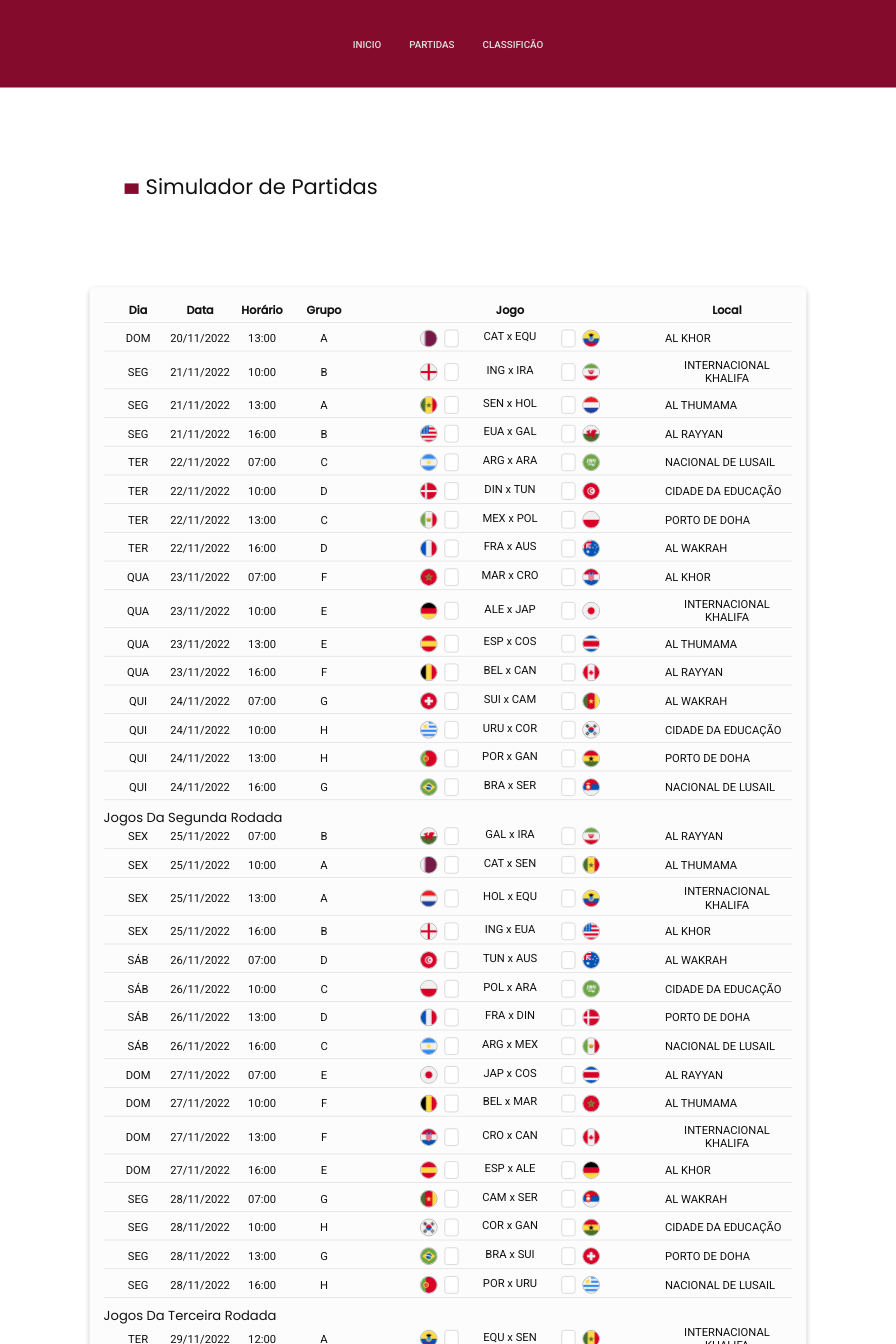
Repository: mayconndouglass/cup-simulator
Page: index.html
The author's editor kept a copy of each file at every save. The page is drawn from the files as they stood at one save, then again after the next save.
The browser window is 1280 px wide. The pictures show the part of the page from y = 0 to 1920 px (the page is 3054 px tall before and 3103 px after), at 70% of full size.

Above is the page before, as saved 2023-01-10 09:46:49.

After the next save:
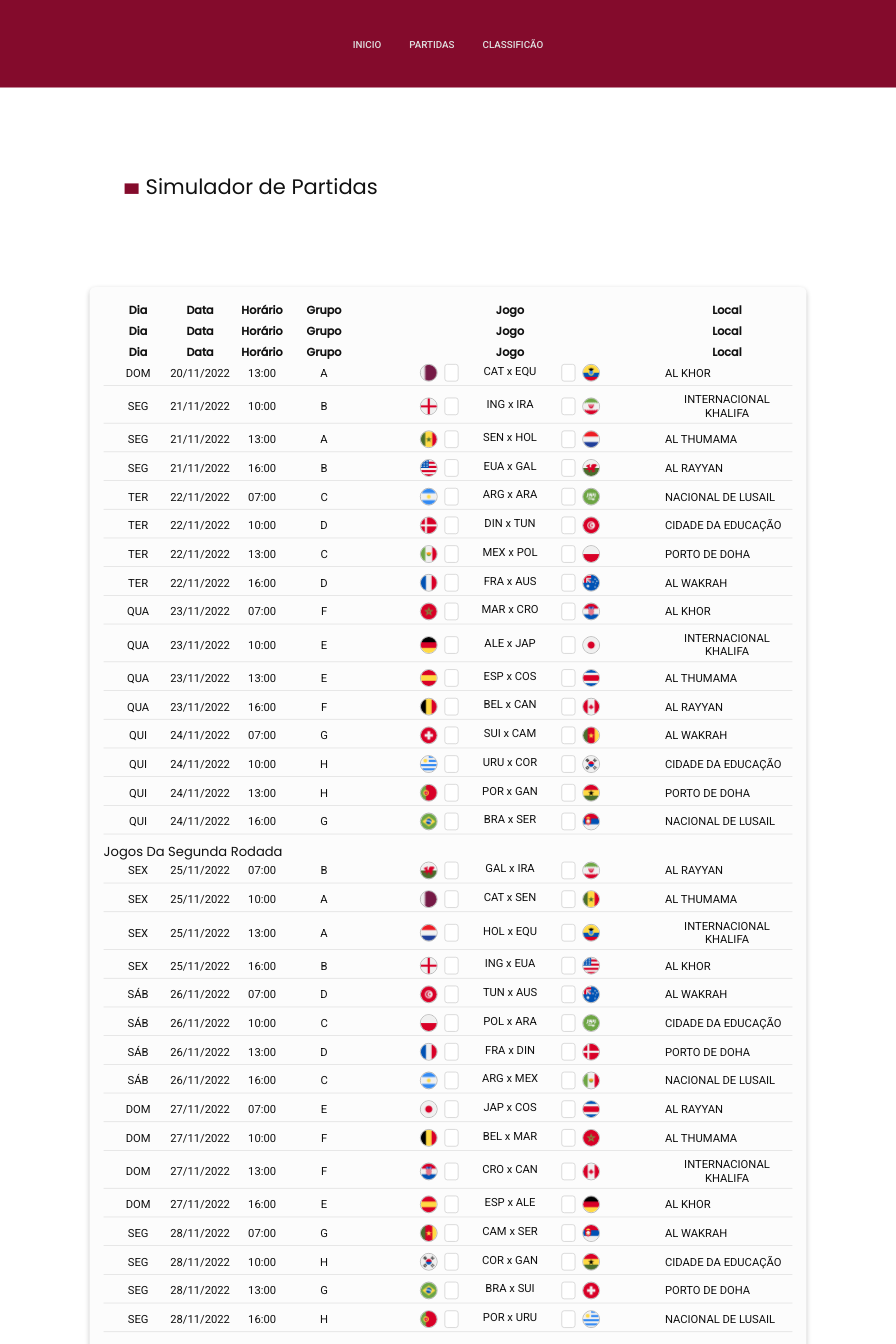
Saved 2 min 59 s later.
--- a/index.html
+++ b/index.html
@@ -27,19 +27,54 @@
       <h1>Simulador de Partidas</h1>
     </section>
     <section class="table-games">
-      <div class="game title">
-        <span>Dia</span>
-        <span>Data</span>
-        <span>Horário</span>
-        <span>Grupo</span>
-        <div class="confrontation">
-          <span></span>
-          <span>Jogo</span>
-          <span></span>
-
-        </div>
-        <span>Local</span>
-      </div>
+      <div class="round1">
+        <div class="game title">
+          <span>Dia</span>
+          <span>Data</span>
+          <span>Horário</span>
+          <span>Grupo</span>
+          <div class="confrontation">
+            <span></span>
+            <span>Jogo</span>
+            <span></span>
+
+          </div>
+          <span>Local</span>
+        </div>
+      </div>
+
+      <div class="round3">
+        <div class="game title">
+          <span>Dia</span>
+          <span>Data</span>
+          <span>Horário</span>
+          <span>Grupo</span>
+          <div class="confrontation">
+            <span></span>
+            <span>Jogo</span>
+            <span></span>
+
+          </div>
+          <span>Local</span>
+        </div>
+      </div>
+
+      <div class="round3">
+        <div class="game title">
+          <span>Dia</span>
+          <span>Data</span>
+          <span>Horário</span>
+          <span>Grupo</span>
+          <div class="confrontation">
+            <span></span>
+            <span>Jogo</span>
+            <span></span>
+
+          </div>
+          <span>Local</span>
+        </div>
+      </div>
+
     </section>
   </section>
 
